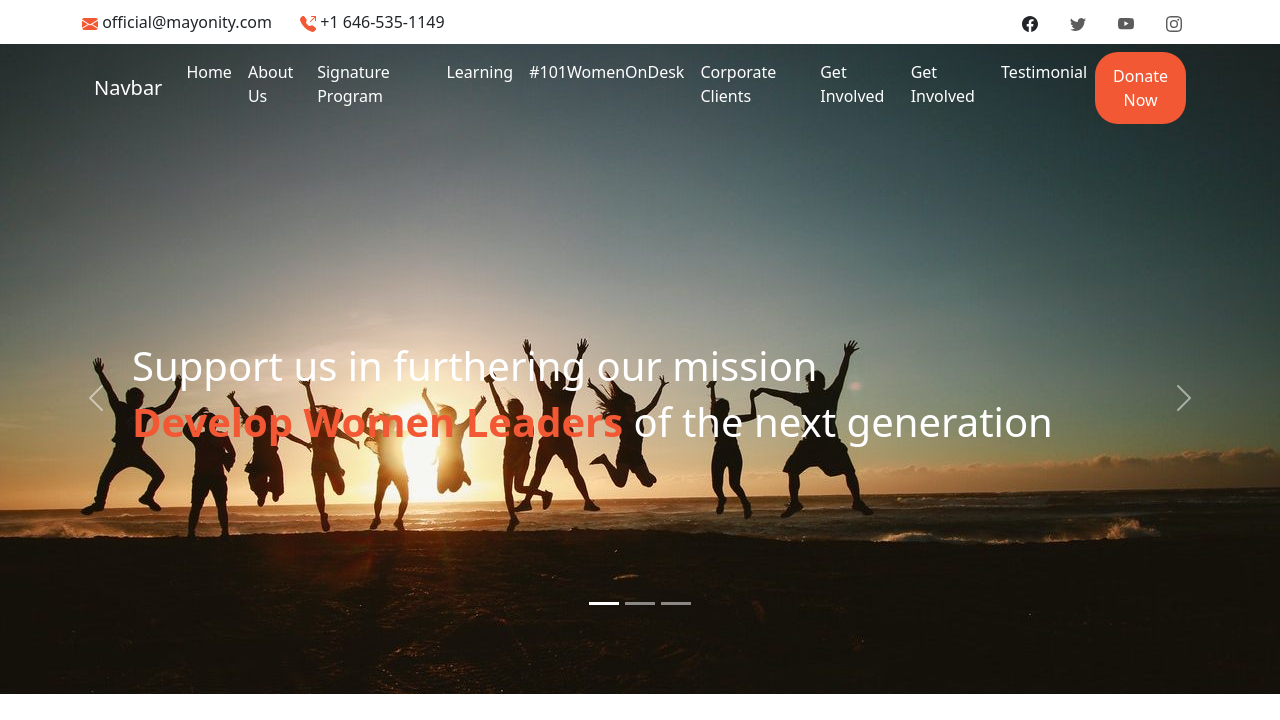
Repository: rizwan-zafar/wings
Page: /
An editor plug-in stored every save of this project. The page is shown before and after a run of saves, followed by the edit.
The browser window is 1280 px wide. The pictures show the whole page.
The project was rebuilt for these pictures with package versions that can differ from the ones it lists, and the page was loaded fresh each time.

Above is the page before, as saved 2022-11-26 22:53:29.

### public/index.html
<!DOCTYPE html>
<html lang="en">
  <head>
    <meta charset="utf-8" />
    <link rel="icon" href="%PUBLIC_URL%/favicon.ico" />
    <meta name="viewport" content="width=device-width, initial-scale=1" />
    <meta name="theme-color" content="#000000" />
    <meta
      name="description"
      content="Web site created using create-react-app"
    />
    <link rel="apple-touch-icon" href="%PUBLIC_URL%/logo192.png" />
    <!--
      manifest.json provides metadata used when your web app is installed on a
      user's mobile device or desktop. See https://developers.google.com/web/fundamentals/web-app-manifest/
    -->
    <link rel="manifest" href="%PUBLIC_URL%/manifest.json" />
    <!--
      Notice the use of %PUBLIC_URL% in the tags above.
      It will be replaced with the URL of the `public` folder during the build.
      Only files inside the `public` folder can be referenced from the HTML.

      Unlike "/favicon.ico" or "favicon.ico", "%PUBLIC_URL%/favicon.ico" will
      work correctly both with client-side routing and a non-root public URL.
      Learn how to configure a non-root public URL by running `npm run build`.
    -->
    <title>Wings</title>
  </head>
  <body>
    <noscript>You need to enable JavaScript to run this app.</noscript>
    <div id="root"></div>
    <!--
      This HTML file is a template.
      If you open it directly in the browser, you will see an empty page.

      You can add webfonts, meta tags, or analytics to this file.
      The build step will place the bundled scripts into the <body> tag.

      To begin the development, run `npm start` or `yarn start`.
      To create a production bundle, use `npm run build` or `yarn build`.
    -->
  </body>
</html>

### src/index.js
import React from 'react';
import ReactDOM from 'react-dom/client';
import './index.css';
import App from './App';
import "../node_modules/bootstrap/dist/css/bootstrap.min.css"
import "../node_modules/bootstrap/dist/js/bootstrap.min.js"

const root = ReactDOM.createRoot(document.getElementById('root'));
root.render(
  <React.StrictMode>
    <App />
  </React.StrictMode>
);

// If you want to start measuring performance in your app, pass a function
// to log results (for example: reportWebVitals(console.log))
// or send to an analytics endpoint. Learn more: https://bit.ly/CRA-vitals

### src/index.css
html {
  margin: 0;
  padding: 0;
  font-family: -apple-system, BlinkMacSystemFont, 'Segoe UI', 'Roboto', 'Oxygen',
    'Ubuntu', 'Cantarell', 'Fira Sans', 'Droid Sans', 'Helvetica Neue',
    sans-serif;
  -webkit-font-smoothing: antialiased;
  -moz-osx-font-smoothing: grayscale;
}
.icons{
  color:#f15833 ;
}
.social-icons{
  color:#000000a3
}

### src/App.js
import Home from "./Pages/Home"
function App() {
  return (

    <>
      <Home />
    </>

  );
}

export default App;

### src/Pages/Home.js
import React from 'react'
import TopNavbar from "../Components/Topnavbar"
// import Navbar from "../Components/Navbar"
import Slider from "../Components/Slider"
export default function Home() {
    return (
        <div>
            <TopNavbar />
            {/* <Navbar /> */}
            <Slider />
        </div>
    )
}

### src/Components/Topnavbar.js
import React from 'react'
import "../Css/Topnav.css"
import { EnvelopeFill, TelephoneOutboundFill, Twitter, Youtube, Instagram, Facebook } from "react-bootstrap-icons"
export default function Topnavbar() {
    return (
        <div className="top-bar container d-flex justify-content-between">
            <div>
                <span> <EnvelopeFill className="icons" /> official@mayonity.com</span>
                <span className="set-padding p-4"> <TelephoneOutboundFill className="icons ml-3" /> +1 646-535-1149</span>
            </div>
            <div>
                <span className="p-3 social-icons-"><Facebook /></span>
                <span className="p-3 social-icons"><Twitter /></span>
                <span className="p-3 social-icons"><Youtube /></span>
                <span className="p-3 social-icons"><Instagram /></span>
            </div>
        </div>
    )
}

### src/Components/Slider.js
import React from 'react'
import "../Css/Slider.css"
import Navbar from "../Components/Navbar"
export default function Slider() {
    return (
        <div className="set-slider">
            <Navbar />
             <div id="carouselExampleCaptions" className=" carousel slide" data-bs-ride="false">
                <div className="carousel-indicators">
                    <button type="button" data-bs-target="#carouselExampleCaptions" data-bs-slide-to="0" className="active" aria-current="true" aria-label="Slide 1"></button>
                    <button type="button" data-bs-target="#carouselExampleCaptions" data-bs-slide-to="1" aria-label="Slide 2"></button>
                    <button type="button" data-bs-target="#carouselExampleCaptions" data-bs-slide-to="2" aria-label="Slide 3"></button>
                </div>
                <div className="carousel-inner container">
                    <div className="carousel-item active">
                         <div>
                            <h1>Support us in furthering our mission</h1>
                            <h1><strong>Develop Women Leaders</strong> of the next generation</h1>
                        </div>
                    </div>
                </div>
                <div>
                    <button className="carousel-control-prev" type="button" data-bs-target="#carouselExampleCaptions" data-bs-slide="prev">
                        <span className="carousel-control-prev-icon" aria-hidden="true"></span>
                        <span className="visually-hidden">Previous</span>
                    </button>
                    <button className="carousel-control-next" type="button" data-bs-target="#carouselExampleCaptions" data-bs-slide="next">
                        <span className="carousel-control-next-icon" aria-hidden="true"></span>
                        <span className="visually-hidden">Next</span>
                    </button>
                </div>
            </div>
            <div>
                <div></div>
            </div>
        </div>
    )
}

### src/Css/Topnav.css
.top-bar{
background-color: #fff;
padding: 10px;
}
.nav-container .btn
{
    background: #f15833;
    border-radius: 23px;
    color: white;
    padding: 11px;
    font-weight: 500;
}
 .nav-container nav ul li a
{
    color:  white;
}

### src/Css/Slider.css
.set-slider{
    background-image: url("/public/Images/header.jpg");
    background-size: cover;
    background-repeat: no-repeat;
    height: 650px;
}
.set-slider .carousel-indicators{
    top:300px
}
.set-slider .carousel-inner
{
     margin-top: 160px;
     color:white
}
.set-slider .carousel-inner .carousel-item>div
{

    padding: 50px;
}
.set-slider .carousel-inner h1
{

    font-weight: 400;
}
.set-slider .carousel-inner h1 strong
{
    color:#f15833
}

### src/Components/Navbar.js
import React from 'react'

export default function Navbar() {
    return (
        <div className="nav-container container">
        <nav className="navbar navbar-expand-lg navbar-dark">
  <div className="container-fluid">
    <a className="navbar-brand" href="/">Navbar</a>
    <button className="navbar-toggler" type="button" data-bs-toggle="collapse" data-bs-target="#navbarNav" aria-controls="navbarNav" aria-expanded="false" aria-label="Toggle navigation">
      <span className="navbar-toggler-icon"></span>
    </button>
    <div className="collapse navbar-collapse" id="navbarNav">
      <ul className="navbar-nav ms-auto">
        <li className="nav-item">
          <a className="nav-link active" aria-current="page" href="/">Home</a>
        </li>
        <li className="nav-item">
          <a className="nav-link" href="/">About Us</a>
        </li>
        <li className="nav-item">
          <a className="nav-link" href="/">Signature Program</a>
        </li>
        <li className="nav-item">
          <a className="nav-link" href="/">Learning</a>
        </li>
        <li className="nav-item">
          <a className="nav-link" href="/">#101WomenOnDesk</a>
        </li>
        <li className="nav-item">
          <a className="nav-link" href="/">Corporate Clients</a>
        </li>
        <li className="nav-item">
          <a className="nav-link" href="/">Get Involved</a>
        </li>
        <li className="nav-item">
          <a className="nav-link" href="/">Get Involved</a>
        </li>
        <li className="nav-item">
          <a className="nav-link" href="/">Testimonial</a>
        </li>
        <li className="nav-item">
          <a className="nav-link btn " href="/">Donate Now</a>
        </li>

      </ul>
    </div>
  </div>
</nav>
        </div>
    )
}

After the next 3 saves:
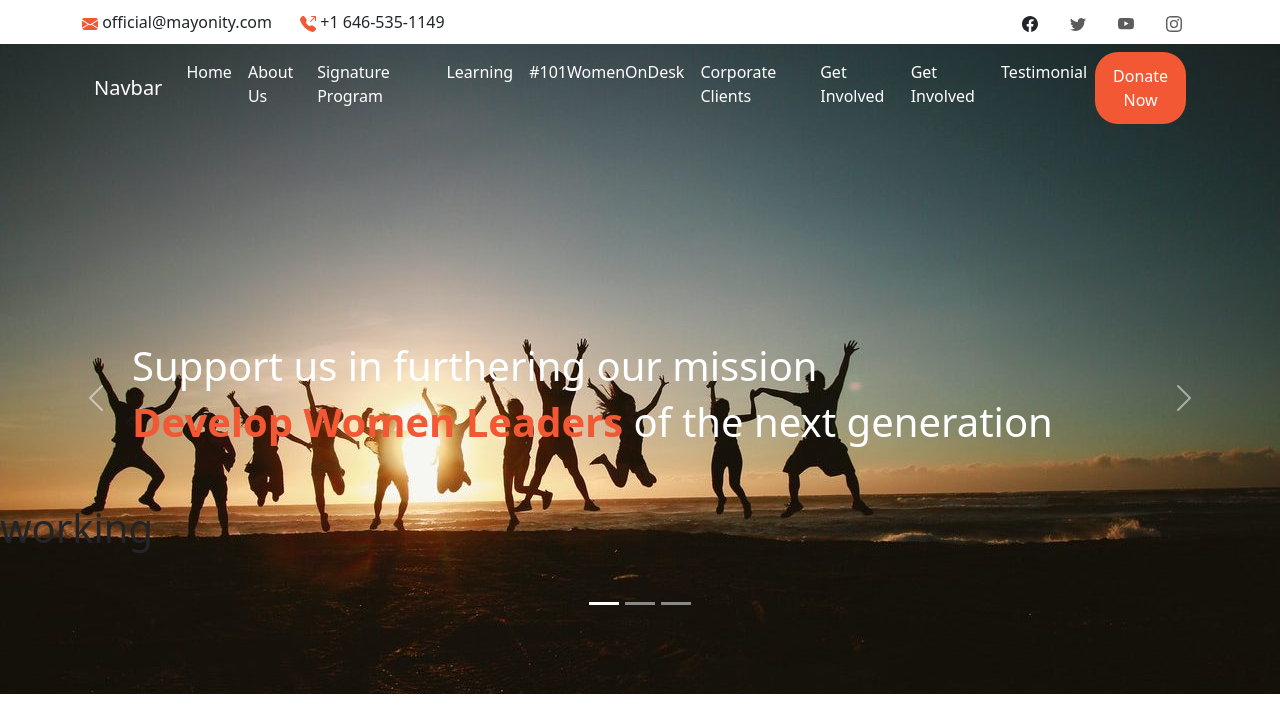
The 3 saves are shown as one change because 2 did not build or start.
The last was saved 74 s later.
--- a/src/Components/Slider.js
+++ b/src/Components/Slider.js
@@ -31,7 +31,9 @@ export default function Slider() {
                 </div>
             </div>
             <div>
-                <div></div>
+                <div>
+                    <h1>working </h1>
+                </div>
             </div>
         </div>
     )
